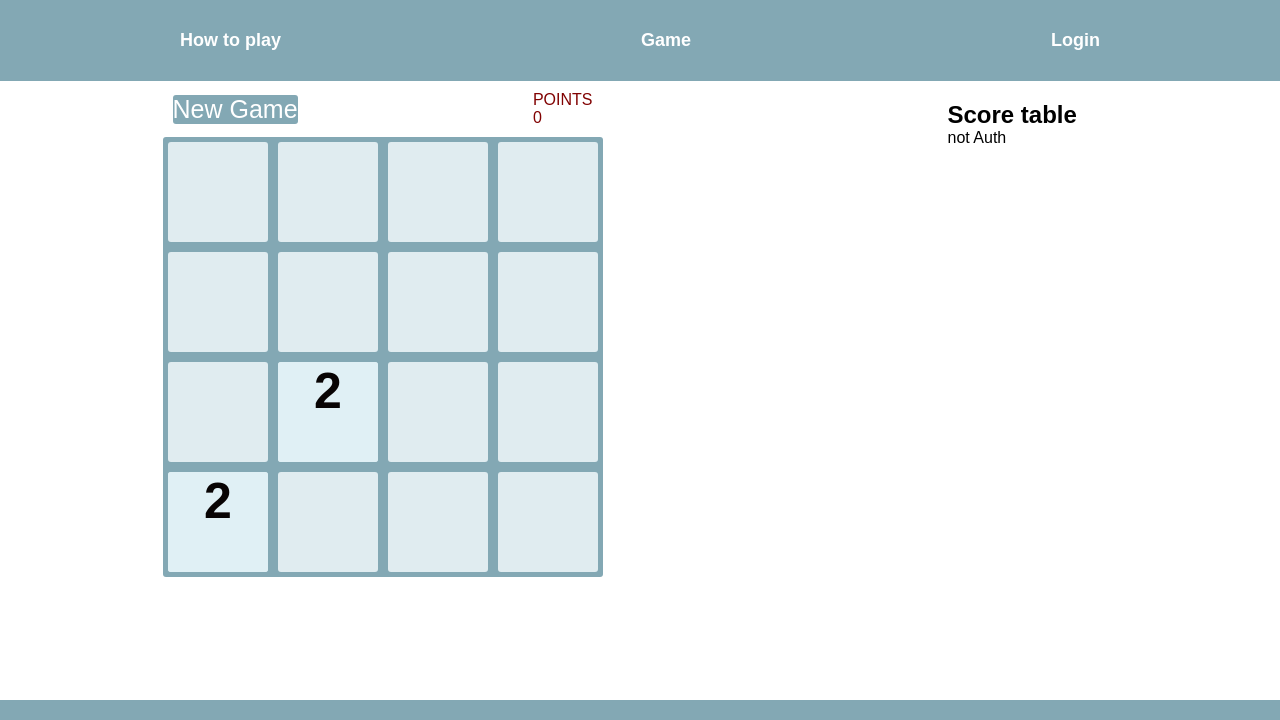
Repository: nika-otter/2048
Page: / (app in client/)
The author's editor kept a copy of each file at every save. The page is drawn from the files as they stood at one save, then again after the next save.
The browser window is 1280 px wide. The pictures show the whole page.
The project was rebuilt for these pictures with package versions that can differ from the ones it lists, and the page was loaded fresh each time. Also part of the build but not shown: client/src/components/Login/LoginForm.js, client/src/pages/account/index.jsx, client/src/components/Game/GameOverlay.jsx, client/src/components/InstructionPage/InstructionPage.module.scss, client/src/components/HowToPlay/howtoplay.module.scss, client/src/components/HowToPlay/howtoplay.jsx, client/src/components/InstructionPage/InstructionPage.jsx, client/src/pages/Instruction/index.jsx and 4 more.

Above is the page before, as saved 2023-05-01 16:49:03.

### client/src/index.css
* {
  box-sizing: border-box;
  margin: 0;
  padding: 0;
}
#root {
  width: 100vw;
  height: 100%;
}

body {
  /* background-color: #ffffff;
  display: flex;
  justify-content: center;
  align-items: center;*/
  /* height: 100vh; */
  height: 100%;
}
html {
  height: 100%;
}
code {
  font-family: source-code-pro, Menlo, Monaco, Consolas, "Courier New",
    monospace;
}

### client/src/App.css
.App {
  /* position: relative; */
  display: flex;
  flex-direction: column;
  height: 100%;
  /* background-color: rgb(188, 121, 39); */
}
/* main {
  flex: 1 0 auto;
} */

### client/src/router/AppRouter.jsx
import { Routes, Route } from "react-router-dom";
import Account from "../pages/Account";
import Game from "../pages/Game";
import Instruction from "../pages/Instruction";
import Login from "../pages/Login";

const AppRouter = () => {
  return (
    <Routes>
      {/* <Route path="/game" element={<Game />} /> */}
      {/* <Route path="/account" element={<Account />} /> */}
      <Route path="/how-to-play" element={<Instruction />} />
      <Route path="/" element={<Game />} />
      <Route path="/login" element={<Login />} />
    </Routes>
  );
};

export default AppRouter;

### client/src/services/UserService.js
import $api from "../http";
export default class UserService {
  static fetchUsers() {
    return $api.get("/users");
  }

  static updateScore(email, score) {
    return $api.post(`/score`, { email, score });
  }

  static async getScores(email) {
    return $api.post(`/scores`, { email });
  }
}

### client/src/services/AuthService.js
import $api from "../http";
export default class AuthService {
  static async login(email, password) {
    return $api.post("/login", { email, password });
  }
  static async registration(email, password) {
    return $api.post("/registration", { email, password });
  }
  static async logout() {
    return $api.post("/logout");
  }
}

### client/src/pages/Game/index.jsx
import Header from "../../components/Header/Header";
import Footer from "../../components/Footer/Footer";
import GamePage from "../../components/GamePage/GamePage";

function Game() {
  return (
    <>
      <Header />
      <GamePage />
      <Footer />
    </>
  );
}

export default Game;

### client/src/components/Footer/Footer.jsx
import classes from "./Footer.module.scss";

function Footer() {
  return <footer className={classes.footer}></footer>;
}

export default Footer;

### client/src/components/Header/Header.jsx
import { Link } from "react-router-dom";
import classes from "./Header.module.scss";

function Header() {
  return (
    <header className={classes.header}>
      <Link className={classes.link} to="/how-to-play">
        How to play
      </Link>
      <Link className={classes.link} to="/">
        Game
      </Link>
      <Link className={classes.link} to="/login">
        Login
      </Link>
    </header>
  );
}

export default Header;

### client/src/components/GamePage/GamePage.jsx
import { Link } from "react-router-dom";
import classes from "./GamePage.module.scss";
import ScoreTable from "../ScoreTable/ScoreTable";
import BoardView from "../Game/Board";
import { observer } from "mobx-react-lite";
import { useContext, useEffect } from "react";
import { Context } from "../..";

function GamePage() {
  return (
    <main className={classes.main}>
      <div className={classes.gamepage}>
        <BoardView />
        <ScoreTable />
      </div>
    </main>
  );
}

export default observer(GamePage);

### client/src/components/Footer/Footer.module.scss
.footer {
  flex: 0 0 auto;
  height: 20px;
  background-color: rgb(131, 168, 180);
  width: 100%;
}

### client/src/components/Header/Header.module.scss
.header {
  display: flex;
  justify-content: space-around;
  background-color: #83a8b4;
  width: 100%;
}
.link {
  color: white;
  text-decoration: none;
  font-size: large;
  margin-top: 20px;
  margin-bottom: 20px;
  padding: 10px;
  font-weight: bold;
  border-radius: 5px;
  &:hover {
    color: rgb(106, 134, 144);
    background-color: rgb(255, 255, 255);
  }
}

### client/src/components/GamePage/GamePage.module.scss
.gamepage {
  display: flex;
  justify-content: space-around;
  //   background-color: aquamarine;
}
.main {
  flex: 1 0 auto;
}

### client/src/components/ScoreTable/ScoreTable.jsx
import { useContext, useEffect, useState } from "react";
import classes from "./ScoreTable.module.scss";
import { Context } from "../..";
import UserService from "../../services/UserService";
import { observer } from "mobx-react-lite";

function ScoreTable() {
  // const { store } = useContext(Context);
  // const [scores, setScores] = useState([]);

  // useEffect(() => {
  //   if (localStorage.getItem("token")) {
  //     console.log(localStorage.getItem("token"), "token from login index.jsx");
  //     store.checkAuth();
  //     getScores(store.user.email);
  //   }
  //   console.log(store.user.email, "store.user.email in ScoreTable.jsx");
  // }, []);

  // const getScores = async (email) => {
  //   console.log(email, "email in ScoreTable.jsx");
  //   try {
  //     const response = await UserService.getScores(email);
  //     setScores(response.data.scores, "response from getScores ScoreTable.jsx");
  //     console.log(response);
  //   } catch {
  //     console.log("Error");
  //   }
  // };
  // console.log(scores, "store.user in ScoreTable.jsx");

  const { store } = useContext(Context);
  // const [scores, setScores] = useState([]);
  // console.log(store.user.scores, "store.user from login index.jsx");
  useEffect(() => {
    if (localStorage.getItem("token")) {
      console.log(localStorage.getItem("token"), "token from login index.jsx");
      store.checkAuth();
    }
    console.log(store.user.email, "store.user.email in ScoreTable.jsx");
    // getScores(store.user.email);
  }, [store]);

  // async function getScores(email) {
  //   console.log(email, "email from getScores");
  //   try {
  //     const response = await UserService.getScores(email);
  //     // setUsers(response.data);
  //     console.log(response, "response from getScores");
  //     // console.log(response.data.data.user.scores, "response.data.user.scores");
  //     // setScores(response.data.scores);
  //   } catch (e) {
  //     console.log(e, "Error");
  //   }
  // }
  if (store.isLoading) {
    console.log(store.isLoading, "store.isLoading");
    return <div className={classes.loading}>Loading...</div>;
  }
  return (
    <div className={classes.scoretable}>
      <h2>Score table</h2>
      {/* <button onClick={() => getScores(store.user.email)}>Get scores</button> */}
      {/* {store.isAuth ? (
        scores.map((score) => <div key={score}>{score}</div>)
      ) : (
        <div>loading</div>
      )} */}
      <ul>
        {store.isAuth ? (
          store.user.scores
            .map((score) => ({
              score,
              id: Math.random(),
            }))
            .sort((a, b) => b.score - a.score)
            .slice(0, 10)
            .map((item) => <li key={item.id}>{item.score}</li>)
        ) : (
          <div>not Auth</div>
        )}
      </ul>

      {/* <button onClick={getScores}>dddmdmd</button> */}

      {/* {scores.map((score) => (
        <div>{score}</div>
      ))} */}
    </div>
  );
}

export default observer(ScoreTable);

### client/src/components/Game/Board.jsx
import React, { useContext, useEffect, useState } from "react";
import Tile from "./Tile";
import Cell from "./Cell";
import { Board } from "../../helper";
import useEvent from "../../hooks/useEvent";
import GameOverlay from "./GameOverlay";
import "./Board.scss";
import { Context } from "../..";
import UserService from "../../services/UserService";
const BoardView = () => {
  const { store } = useContext(Context);
  const [board, setBoard] = useState(new Board());

  // useEffect(() => {
  //   const checkAuth = async () => {
  //     if (localStorage.getItem("token")) {
  //       console.log(localStorage.getItem("token"), "token from login index.jsx");
  //       await store.checkAuth();
  //     }
  //   };
  //   checkAuth();
  //   console.log(store.user.email, "store.user.email in ScoreTable.jsx");
  //   // getScores(store.user.email);
  // }, [resetGame]);

  const handleKeyDown = (event) => {
    if (board.hasWon()) {
      return;
    } //потім вернути треба

    if (event.keyCode >= 37 && event.keyCode <= 40) {
      let direction = event.keyCode - 37;
      let boardClone = Object.assign(Object.create(board), board);
      // let boardClone = Object.assign(
      //   Object.create(Object.getPrototypeOf(board)),
      //   board
      // ); // теж саме що і вище
      let newBoard = boardClone.move(direction);
      setBoard(newBoard);
    }
  };

  useEvent("keydown", handleKeyDown);

  const cells = board.cells.map((row, rowIndex) => {
    return (
      <div key={rowIndex}>
        {row.map((col, colIndex) => {
          return <Cell key={rowIndex * board.size + colIndex} />;
        })}
      </div>
    );
  }); //робить клітинки нічого серйозного

  const tiles = board.tiles
    .filter((tile) => tile.value !== 0)
    .map((tile, index) => {
      return <Tile tile={tile} key={index} />;
    });

  const saveScore = async (email, score) => {
    try {
      const response = await UserService.updateScore(email, score);
      console.log(response, "response from saveScore ");
    } catch {
      console.log("Error");
    }
  };
  const resetGame = async () => {
    console.log(
      store.user.email,
      board.score,
      "store.user.email board.score from BoardView.jsx"
    );
    if (board.score > 0) {
      await saveScore(store.user.email, board.score);
      store.checkAuth();
    }
    setBoard(new Board());
  };

  return (
    <div>
      <div className="details-box">
        <div className="resetButton" onClick={resetGame}>
          New Game
        </div>
        <div className="score-box">
          <div className="score-header">POINTS</div>
          <div>{board.score}</div>
        </div>
      </div>
      <div className="board">
        {cells}
        {tiles}
        <GameOverlay onRestart={resetGame} board={board} />
      </div>
    </div>
  );
};

export default BoardView;

### client/src/components/ScoreTable/ScoreTable.module.scss
.scoretable {
  margin: 20px;
  width: 150px;
}
.loading {
  width: 150px;
  margin: 20px;
}

### client/src/components/Game/Tile.jsx
import React from "react";
// import classes from "./Board.scss";
import "./Board.scss";
// import "./styles.scss";

const Tile = ({ tile, id }) => {
  console.log("tile");
  let classArray = ["tile"];
  classArray.push("tile" + tile.value);
  if (!tile.mergedInto) {
    classArray.push(`position_${tile.row}_${tile.column}`);
  }
  if (tile.mergedInto) {
    classArray.push("merged");
  }
  if (tile.isNew()) {
    classArray.push("new");
  }

  if (tile.hasMoved()) {
    classArray.push(`row_from_${tile.fromRow()}_to_${tile.toRow()}`);
    classArray.push(`column_from_${tile.fromColumn()}_to_${tile.toColumn()}`);
    classArray.push("isMoving");
  }
  //   if (tile.isRandom()) {
  //     classArray.push("random");
  //   }

  let styles = classArray.join(" ");
  return <span className={styles}>{tile.value}</span>;
};

export default Tile;

### client/src/components/Game/Cell.jsx
import React from "react";

const Cell = ({ id }) => {
  return <span className="cell"></span>;
};

export default Cell;

### client/src/helper/index.js
let rotateLeft = function (matrix) {
  let rows = matrix.length;
  let columns = matrix[0].length;
  let res = [];
  for (let row = 0; row < rows; ++row) {
    res.push([]);
    for (let column = 0; column < columns; ++column) {
      res[row][column] = matrix[column][columns - row - 1];
    }
  }
  return res;
};

class Tile {
  constructor(value, row, column) {
    this.value = value || 0;
    this.row = row || -1;
    this.column = column || -1;
    this.oldRow = -1;
    this.oldColumn = -1;
    this.markForDeletion = false;
    this.mergedInto = null;
    this.id = this.id++ || 0;
    // this.random = false;
  }
  moveTo(row, column) {
    this.oldRow = this.row;
    this.oldColumn = this.column;
    this.row = row;
    this.column = column;
  }
  isNew() {
    // console.log(this.oldRow === -1 && !this.mergedInto);
    return this.oldRow === -1 && !this.mergedInto;
  }
  // isRandom() {
  //   return this.random;
  // }
  hasMoved() {
    // console.log(this.mergedInto, "this.mergedInto");
    return (
      (this.fromRow() !== -1 &&
        (this.fromRow() !== this.toRow() ||
          this.fromColumn() !== this.toColumn())) ||
      this.mergedInto
    );
  }
  fromRow() {
    // console.log(
    //   this.mergedInto ? this.row : this.oldRow,
    //   this.oldRow,
    //   "fromRow"
    // );
    return this.mergedInto ? this.row : this.oldRow;
  }
  fromColumn() {
    // console.log(
    //   this.mergedInto ? this.column : this.oldColumn,
    //   this.oldColumn,
    //   "fromColumn"
    // );
    return this.mergedInto ? this.column : this.oldColumn;
  }
  toRow() {
    // console.log(
    //   this.mergedInto ? this.mergedInto.row : this.row,
    //   this.row,
    //   "toRow"
    // );
    return this.mergedInto ? this.mergedInto.row : this.row;
  }
  toColumn() {
    // console.log(
    //   this.mergedInto ? this.mergedInto.column : this.column,
    //   this.column,
    //   "toColumn"
    // );
    return this.mergedInto ? this.mergedInto.column : this.column;
  }
}

class Board {
  constructor() {
    this.tiles = [];
    this.cells = [];
    this.score = 0;
    this.size = 4;
    this.fourProbability = 0.1;
    this.deltaX = [-1, 0, 1, 0];
    this.deltaY = [0, -1, 0, 1];
    for (let i = 0; i < this.size; ++i) {
      this.cells[i] = [
        // for(let j = 0; j < this.size; ++j) {
        //   this.addTile()
        // }
        this.addTile(),
        this.addTile(),
        this.addTile(),
        this.addTile(),
      ];
    }
    this.addRandomTile();
    this.addRandomTile();
    this.setPositions(); //потрібно тільки коли створюється гра
    this.won = false;
  }
  addTile(args) {
    let res = new Tile(args);
    this.tiles.push(res);
    return res;
  }

  moveLeft() {
    let hasChanged = false;
    for (let row = 0; row < this.size; ++row) {
      let currentRow = this.cells[row].filter((tile) => tile.value !== 0);
      let resultRow = [];
      for (let target = 0; target < this.size; ++target) {
        let targetTile = currentRow.length
          ? currentRow.shift()
          : this.addTile();
        if (currentRow.length > 0 && currentRow[0].value === targetTile.value) {
          let tile1 = targetTile;
          targetTile = this.addTile(targetTile.value);
          tile1.mergedInto = targetTile;
          //   console.log(tile1.mergedInto, "tile1.mergedInto ");
          let tile2 = currentRow.shift();
          tile2.mergedInto = targetTile;
          targetTile.value += tile2.value;
          this.score += tile1.value + tile2.value;
        }
        resultRow[target] = targetTile;
        this.won |= targetTile.value === 2048;
        hasChanged |= targetTile.value !== this.cells[row][target].value;
      }
      this.cells[row] = resultRow;
    }
    return hasChanged;
  }
  setPositions() {
    //console.log(this.cells, "this.cells"); //перевірка
    this.cells.forEach((row, rowIndex) => {
      row.forEach((tile, columnIndex) => {
        tile.oldRow = tile.row; // щось з анімаціями
        tile.oldColumn = tile.column; // щось з анімаціями
        tile.row = rowIndex;
        tile.column = columnIndex;
        tile.markForDeletion = false;
      });
    });
  }
  addRandomTile() {
    let emptyCells = [];
    for (let r = 0; r < this.size; ++r) {
      for (let c = 0; c < this.size; ++c) {
        if (this.cells[r][c].value === 0) {
          emptyCells.push({ r: r, c: c });
        }
      }
    }
    let index = Math.floor(Math.random() * emptyCells.length);
    let cell = emptyCells[index];
    let newValue = Math.random() < this.fourProbability ? 4 : 2;
    let randomTile = this.addTile(newValue);
    randomTile.random = true;

    this.cells[cell.r][cell.c] = randomTile;
  }
  move(direction) {
    // я тут
    // 0 -> left, 1 -> up, 2 -> right, 3 -> down
    this.clearOldTiles();
    // console.log(this.tiles, "this.tiles");
    // console.log(this.cells, "this.cells");

    for (let i = 0; i < direction; ++i) {
      this.cells = rotateLeft(this.cells);
    }
    let hasChanged = this.moveLeft();
    for (let i = direction; i < 4; ++i) {
      this.cells = rotateLeft(this.cells);
    }
    // this.setPositions();
    if (hasChanged) {
      this.addRandomTile();
    }
    this.setPositions();
    return this;
  }
  clearOldTiles() {
    // console.log(this.tiles, "this.tiles");
    this.tiles = this.tiles.map((tile) => {
      tile.random = false;
      return tile;
    });
    this.tiles = this.tiles.filter((tile) => tile.markForDeletion === false);
    // console.log(this.tiles, "this.tiles");
    this.tiles.forEach((tile) => {
      tile.markForDeletion = true;
    });
  }
  hasWon() {
    return this.won;
  }
  hasLost() {
    let canMove = false;
    for (let row = 0; row < this.size; ++row) {
      for (let column = 0; column < this.size; ++column) {
        canMove |= this.cells[row][column].value === 0;
        for (let i = 0; i < 4; ++i) {
          let newRow = row + this.deltaX[i];
          let newColumn = column + this.deltaY[i];
          if (
            newRow < 0 ||
            newRow >= this.size ||
            newColumn < 0 ||
            newColumn >= this.size
          ) {
            continue;
          }
          canMove |=
            this.cells[row][column].value ===
            this.cells[newRow][newColumn].value;
        }
      }
    }
    return !canMove;
  }
}

export { Board };

### client/src/hooks/useEvent.jsx
import { useEffect } from "react";

export default function useEvent(event, handler, passive = false) {
  useEffect(() => {
    window.addEventListener(event, handler, passive);

    return function cleanUp() {
      window.removeEventListener(event, handler, passive);
    };
  });
}

### client/src/components/Game/Board.scss
// @font-face {
//   font-family: "Clear Sans";
//   src: url("../src/clear-sans.ttf") format("truetype");
// }

body {
  display: flex;
  //   background: rgb(2,0,36);
  // background: linear-gradient(90deg, rgba(2,0,36,1) 0%, rgba(87,64,124,1) 47%, rgba(0,212,255,1) 100%);
  //   color: white;
  // flex-direction: column;
  // justify-content: center;
  // align-content: center;
  // align-items: center;
  font-family: "Clear Sans", sans-serif;
  // font-size: 21px;
}

.text {
  // order: 2;
  // padding-top: 40px;
  // width: 440px;
  // font-weight: bold;
}
// main {
//   min-height: 90vh;
// }

// .wrapper {
//   display: flex;
//   flex-direction: column;
//   height: 100%;
// }
// .content {
//   flex: 1 0 auto;
// }
// .footer {
//   flex: 0 0 auto;
// }

.board {
  // order: 1;
  // display: inline-block;

  display: block;
  // justify-content: center;
  margin-left: auto;
  margin-right: auto;
  width: 440px;
  height: 440px;
  // padding: 5px; //вернути треба
  background-color: rgb(131, 168, 180);
  border-radius: 3px;
  // outline: none;
  position: relative;
}

// .board .cell,
// .tile {
//   // user-select: none;
//   // cursor: default;
// }

.details-box {
  display: flex;
  align-items: center;
  padding: 10px;
  justify-content: space-between;
}

.resetButton {
  background-color: rgb(131, 168, 180);
  color: rgb(255, 255, 255);
  cursor: pointer;
  font-size: 25px;
  // padding: 10px 20px;
  border-radius: 3px;
  transition: color 0.3s ease, background-color 0.3s ease;
  &:hover {
    background-color: rgb(131, 168, 180);
    color: rgba(255, 255, 255, 1);
  }
}

.score-header {
  font-size: 1rem;
}

.score-box {
  background-color: rgb(131, 168, 180) 6;
  color: rgb(129, 2, 2);
  // min-width: 50px;
  // width: 70px;
  // padding: 5px 15px;
  border-radius: 3px;
}

.cell,
.tile {
  // display: inline-block;
  width: 100px;
  height: 100px;
  margin: 5px;
  // line-height: 90px;
  display: inline-block;
  font-size: 50px;
  font-weight: bold;
  text-align: center;
  vertical-align: middle;
  border-radius: 3px;
  // font-family: "Clear Sans";
  color: rgb(8, 4, 4);
  background-color: rgb(224, 236, 240);
}

.tile0 {
  background-color: rgb(238, 247, 249);
}

.tile2 {
  background-color: rgb(224, 240, 245);
  // background-image: url(./assets/img/2.gif);
}

.tile4 {
  background-color: rgb(199, 221, 228);
  // background-image: url(./assets/img/4.gif);
}

.tile8 {
  background-color: rgb(187, 212, 220);
  // background-image: url(./assets/img/8.gif);
}

.tile16 {
  background-color: rgb(171, 195, 203);
  // background-image: url(./assets/img/16.gif);
}

.tile32 {
  background-color: rgb(140, 165, 174);
  // background-image: url(./assets/img/32.gif);
}

.tile64 {
  background-color: rgb(116, 144, 153);
  // background-image: url(./assets/img/64.gif);
}

.tile128 {
  background-color: rgb(98, 125, 134);
  // background-image: url(./assets/img/128.gif);
}

.tile256 {
  background-color: rgb(71, 91, 98);
  // background-image: url(./assets/img/256.gif);
  font-size: 45px;
}

.tile512 {
  background-color: rgb(45, 68, 75);
  // background-image: url(./assets/img/512.gif);
  font-size: 45px;
}

.tile1024 {
  background-color: rgb(40, 68, 78);
  // background-image: url(./assets/img/1024.gif);
  font-size: 35px;
}

.tile2048 {
  position: absolute;
  background-size: contain;
  left: 0;
  right: 0;
  top: 0;
  bottom: 0;
  padding: 0px;
  background-color: rgb(12, 42, 52);
  // background-image: url(./assets/img/2048.gif);
  font-size: 35px;
}

.try-again {
  z-index: 10;
  height: 100px;
  width: 100px;
  // background-image: url(./assets/img/try-again.gif);
}

.tile {
  position: absolute;
}

.tile.merged {
  display: none;
}

// .tile.merged.isMoving {
//   display: inline;
// }

.tile.new {
  animation-duration: 0.3s;
  animation-name: newTile;
  animation-fill-mode: forwards;
  // animation-delay: 0.15s;
  transform: scale(0);
}
// .tile.random {
//   animation-duration: 3s;
//   animation-name: newTile;
//   animation-fill-mode: forwards;
//   // animation-delay: 0.15s;
//   transform: scale(0);
// }

@keyframes newTile {
  from {
    transform: scale(0);
  }
  to {
    transform: scale(1);
  }
}

// .overlay {
//   position: absolute;
//   top: 0px;
//   bottom: 0px;
//   display: flex;
//   flex-direction: column;
//   align-items: center;
//   justify-content: center;
//   text-align: center;
//   left: 0px;
//   right: 0px;
//   font-size: 55px;
//   font-weight: bolder;
//   border-radius: 7px;
// }

// .tryAgain {
//   background-color: #876;
//   color: #fff;
//   height: 40px;
//   width: 200px;
//   font-size: 20px;
//   font-weight: bold;
//   cursor: pointer;
//   border: none;
//   border-radius: 5px;
//   border: 2px solid white;
// }

// .gameOver {
//   background-size: contain;
//   background-image: url(./assets/img/game-over.gif);
//   position: absolute;
//   top: 0;
//   right: 0;
//   bottom: 0;
//   left: 0;
//   z-index: 100;
//   text-align: center;
// }

.overlay .message {
  color: #666;
}

@for $row from 0 through 3 {
  @for $column from 0 through 3 {
    .position_#{$row}_#{$column}:not(.isMoving) {
      top: 110px * $row;
      left: 110px * $column;
    }
  }
}

@for $fromRow from 0 through 3 {
  @for $toRow from 0 through 3 {
    $name: row_from_#{$fromRow}_to_#{$toRow};

    @if $fromRow == $toRow {
      .#{$name} {
        top: 110px * $toRow;
      }
    } @else {
      .#{$name} {
        animation-duration: 0.2s;
        animation-name: $name;
        animation-fill-mode: forwards;
      }

      @keyframes #{$name} {
        from {
          top: 110px * $fromRow;
        }
        to {
          top: 110px * $toRow;
        }
      }
    }
  }
}

@for $fromColumn from 0 through 3 {
  @for $toColumn from 0 through 3 {
    $name: column_from_#{$fromColumn}_to_#{$toColumn};

    @if $fromColumn == $toColumn {
      .#{$name} {
        left: 110px * $toColumn;
      }
    } @else {
      .#{$name} {
        animation-duration: 0.2s;
        animation-name: $name;
        animation-fill-mode: forwards;
      }

      @keyframes #{$name} {
        from {
          left: 110px * $fromColumn;
        }
        to {
          left: 110px * $toColumn;
        }
      }
    }
  }
}

Loaded but not shown: client/public/index.html (common file); client/src/store/store.js (113 lines, source omitted); client/src/App.js (47 lines, source omitted); client/src/http/index.js (42 lines, source omitted); client/src/index.js (21 lines, source omitted)

After the next save:
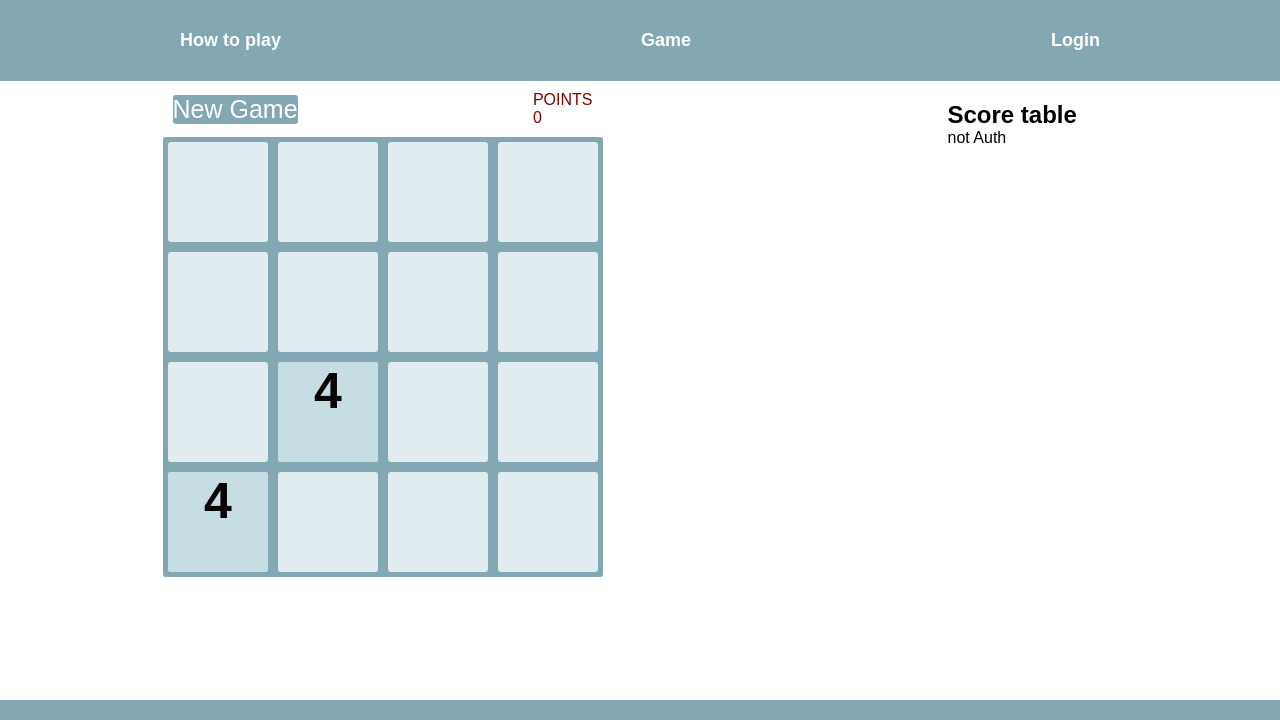
Saved 118 s later.
--- a/client/src/helper/index.js
+++ b/client/src/helper/index.js
@@ -85,7 +85,7 @@ class Board {
     this.cells = [];
     this.score = 0;
     this.size = 4;
-    this.fourProbability = 0.1;
+    this.fourProbability = 0.9;
     this.deltaX = [-1, 0, 1, 0];
     this.deltaY = [0, -1, 0, 1];
     for (let i = 0; i < this.size; ++i) {
